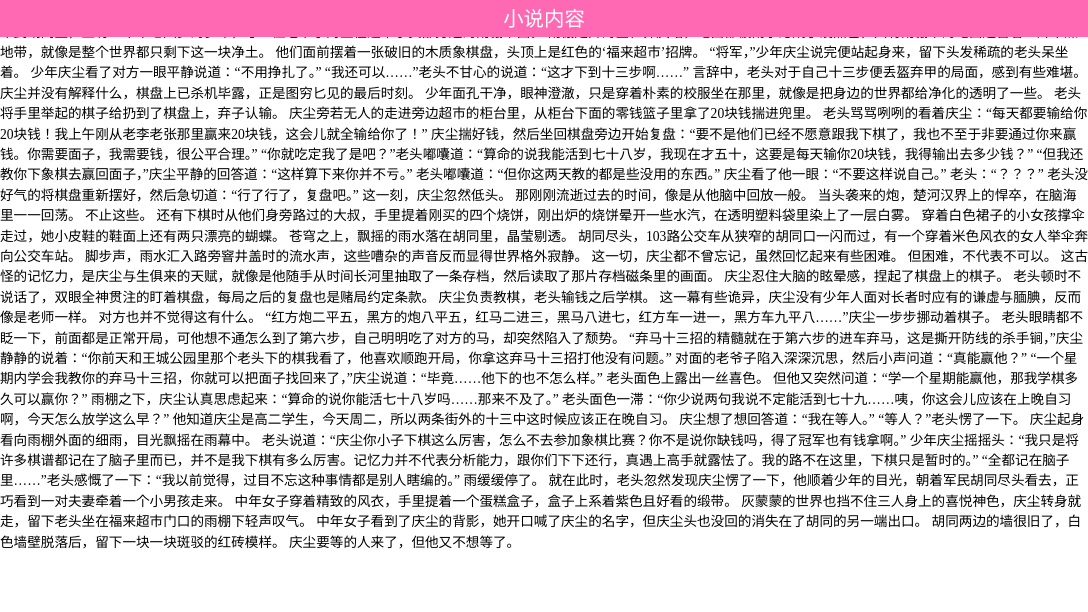
Repository: razzh7/javascript-demo
Page: 自动阅读插件/detail.html
The author's editor kept a copy of each file at every save. The page is drawn from the files as they stood at one save, then again after the next save.
The browser window is 1280 px wide. The pictures show the whole page, at 85% of full size.

Above is the page before, as saved 2021-06-29 19:46:00.

### 自动阅读插件/detail.html
<!DOCTYPE html>
<html lang="en">
<head>
  <meta charset="UTF-8">
  <meta http-equiv="X-UA-Compatible" content="IE=edge">
  <meta name="viewport" content="width=device-width, initial-scale=1.0">
  <title>小说内容</title>
  <link rel="stylesheet" href="./css/common.css">
</head>
<body>
  <div class="list-hd">
    <h2>小说内容</h2>
  </div>
  <div class="container">
    夜的第一章：奏鸣。

    ……

    2022年，秋。

    淅沥沥的小雨从灰色苍穹之上坠落，轻飘飘的淋在城市街道上。

    时值秋季，时不时还能看到没打伞的行人，用手挡在头顶匆匆而过。

    狭窄的军民胡同里，正有一个十七八岁的少年，与一位老爷子对坐在超市小卖部旁边的雨棚下面。

    雨棚之外的全世界灰暗，地面都被雨水沁成了浅黑色，只有雨棚下的地面还留着一片干燥地带，就像是整个世界都只剩下这一块净土。

    他们面前摆着一张破旧的木质象棋盘，头顶上是红色的‘福来超市’招牌。

    “将军，”少年庆尘说完便站起身来，留下头发稀疏的老头呆坐着。

    少年庆尘看了对方一眼平静说道：“不用挣扎了。”

    “我还可以……”老头不甘心的说道：“这才下到十三步啊……”

    言辞中，老头对于自己十三步便丢盔弃甲的局面，感到有些难堪。

    庆尘并没有解释什么，棋盘上已杀机毕露，正是图穷匕见的最后时刻。

    少年面孔干净，眼神澄澈，只是穿着朴素的校服坐在那里，就像是把身边的世界都给净化的透明了一些。

    老头将手里举起的棋子给扔到了棋盘上，弃子认输。

    庆尘旁若无人的走进旁边超市的柜台里，从柜台下面的零钱篮子里拿了20块钱揣进兜里。

    老头骂骂咧咧的看着庆尘：“每天都要输给你20块钱！我上午刚从老李老张那里赢来20块钱，这会儿就全输给你了！”

    庆尘揣好钱，然后坐回棋盘旁边开始复盘：“要不是他们已经不愿意跟我下棋了，我也不至于非要通过你来赢钱。你需要面子，我需要钱，很公平合理。”

    “你就吃定我了是吧？”老头嘟囔道：“算命的说我能活到七十八岁，我现在才五十，这要是每天输你20块钱，我得输出去多少钱？”

    “但我还教你下象棋去赢回面子，”庆尘平静的回答道：“这样算下来你并不亏。”

    老头嘟囔道：“但你这两天教的都是些没用的东西。”

    庆尘看了他一眼：“不要这样说自己。”

    老头：“？？？”

    老头没好气的将棋盘重新摆好，然后急切道：“行了行了，复盘吧。”

    这一刻，庆尘忽然低头。

    那刚刚流逝过去的时间，像是从他脑中回放一般。

    当头袭来的炮，楚河汉界上的悍卒，在脑海里一一回荡。

    不止这些。

    还有下棋时从他们身旁路过的大叔，手里提着刚买的四个烧饼，刚出炉的烧饼晕开一些水汽，在透明塑料袋里染上了一层白雾。

    穿着白色裙子的小女孩撑伞走过，她小皮鞋的鞋面上还有两只漂亮的蝴蝶。

    苍穹之上，飘摇的雨水落在胡同里，晶莹剔透。

    胡同尽头，103路公交车从狭窄的胡同口一闪而过，有一个穿着米色风衣的女人举伞奔向公交车站。

    脚步声，雨水汇入路旁窨井盖时的流水声，这些嘈杂的声音反而显得世界格外寂静。

    这一切，庆尘都不曾忘记，虽然回忆起来有些困难。

    但困难，不代表不可以。

    这古怪的记忆力，是庆尘与生俱来的天赋，就像是他随手从时间长河里抽取了一条存档，然后读取了那片存档磁条里的画面。

    庆尘忍住大脑的眩晕感，捏起了棋盘上的棋子。

    老头顿时不说话了，双眼全神贯注的盯着棋盘，每局之后的复盘也是赌局约定条款。

    庆尘负责教棋，老头输钱之后学棋。

    这一幕有些诡异，庆尘没有少年人面对长者时应有的谦虚与腼腆，反而像是老师一样。

    对方也并不觉得这有什么。

    “红方炮二平五，黑方的炮八平五，红马二进三，黑马八进七，红方车一进一，黑方车九平八……”庆尘一步步挪动着棋子。

    老头眼睛都不眨一下，前面都是正常开局，可他想不通怎么到了第六步，自己明明吃了对方的马，却突然陷入了颓势。

    “弃马十三招的精髓就在于第六步的进车弃马，这是撕开防线的杀手锏，”庆尘静静的说着：“你前天和王城公园里那个老头下的棋我看了，他喜欢顺跑开局，你拿这弃马十三招打他没有问题。”

    对面的老爷子陷入深深沉思，然后小声问道：“真能赢他？”

    “一个星期内学会我教你的弃马十三招，你就可以把面子找回来了，”庆尘说道：“毕竟……他下的也不怎么样。”

    老头面色上露出一丝喜色。

    但他又突然问道：“学一个星期能赢他，那我学棋多久可以赢你？”

    雨棚之下，庆尘认真思虑起来：“算命的说你能活七十八岁吗……那来不及了。”

    老头面色一滞：“你少说两句我说不定能活到七十九……咦，你这会儿应该在上晚自习啊，今天怎么放学这么早？”

    他知道庆尘是高二学生，今天周二，所以两条街外的十三中这时候应该正在晚自习。

    庆尘想了想回答道：“我在等人。”

    “等人？”老头愣了一下。

    庆尘起身看向雨棚外面的细雨，目光飘摇在雨幕中。

    老头说道：“庆尘你小子下棋这么厉害，怎么不去参加象棋比赛？你不是说你缺钱吗，得了冠军也有钱拿啊。”

    少年庆尘摇摇头：“我只是将许多棋谱都记在了脑子里而已，并不是我下棋有多么厉害。记忆力并不代表分析能力，跟你们下下还行，真遇上高手就露怯了。我的路不在这里，下棋只是暂时的。”

    “全都记在脑子里……”老头感慨了一下：“我以前觉得，过目不忘这种事情都是别人瞎编的。”

    雨缓缓停了。

    就在此时，老头忽然发现庆尘愣了一下，他顺着少年的目光，朝着军民胡同尽头看去，正巧看到一对夫妻牵着一个小男孩走来。

    中年女子穿着精致的风衣，手里提着一个蛋糕盒子，盒子上系着紫色且好看的缎带。

    灰蒙蒙的世界也挡不住三人身上的喜悦神色，庆尘转身就走，留下老头坐在福来超市门口的雨棚下轻声叹气。

    中年女子看到了庆尘的背影，她开口喊了庆尘的名字，但庆尘头也没回的消失在了胡同的另一端出口。

    胡同两边的墙很旧了，白色墙壁脱落后，留下一块一块斑驳的红砖模样。

    庆尘要等的人来了，但他又不想等了。
  </div>
</body>
</html>

### 自动阅读插件/css/common.css
body {
  margin: 0;
}
div {
  box-sizing: border-box;
}
h1,
h2,
h3,
h4,
h5,
h6,p {
  margin: 0;
  font-weight: normal;
}
ul {
  margin: 0;
  padding: 0;
}
img {
  height: 100%;
}
a {
  text-decoration: none;
}
.list-hd {
  position: fixed;
  top: 0;
  left: 0;
  width: 100%;
  height: 44px;
  line-height: 44px;
  text-align: center;
  background-color: hotpink;
  color: #fff;
  z-index: 1;
}

After the next save:
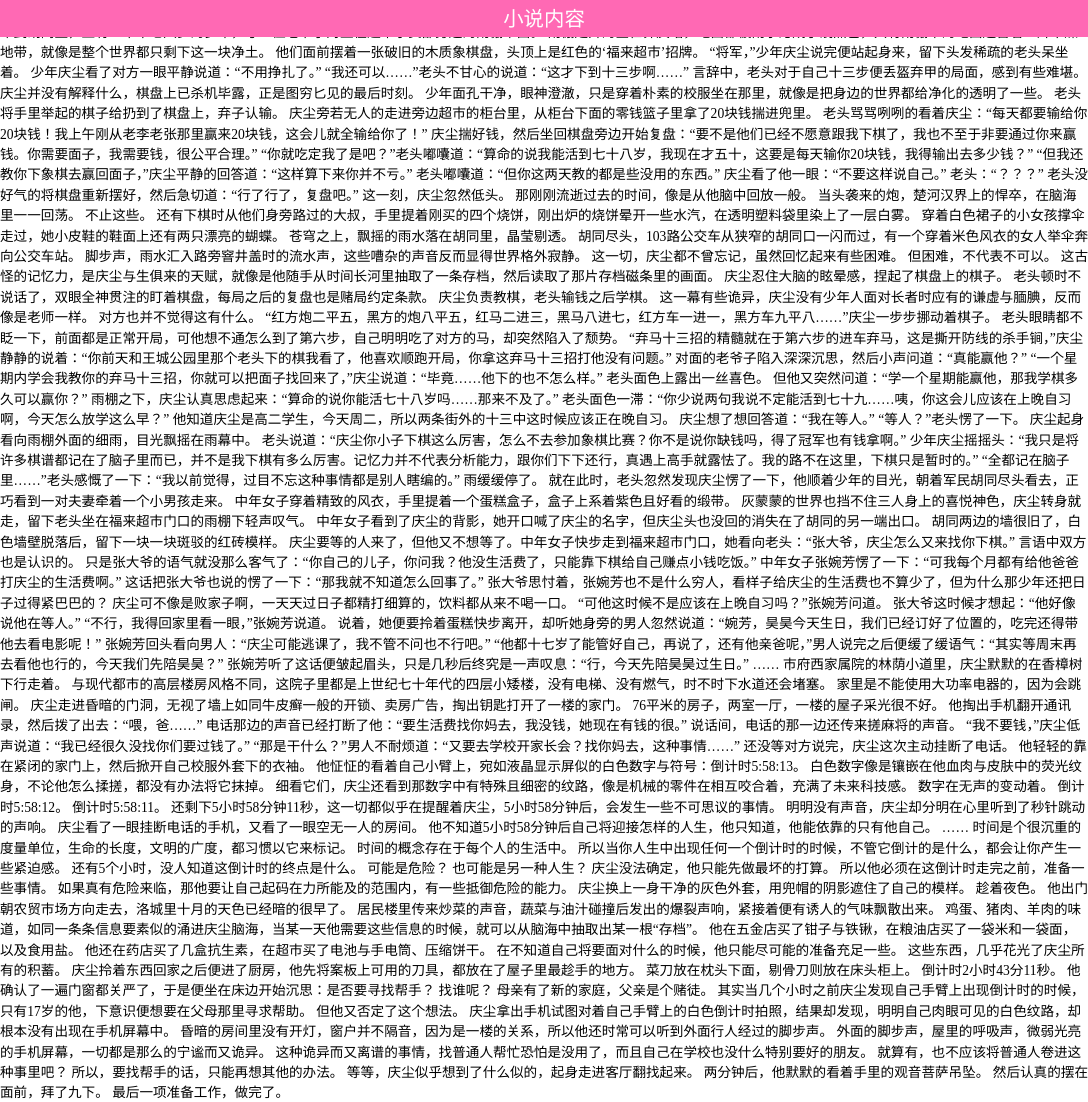
Saved 26 s later.
--- a/自动阅读插件/detail.html
+++ b/自动阅读插件/detail.html
@@ -138,7 +138,153 @@
 
     胡同两边的墙很旧了，白色墙壁脱落后，留下一块一块斑驳的红砖模样。
 
-    庆尘要等的人来了，但他又不想等了。
+    庆尘要等的人来了，但他又不想等了。中年女子快步走到福来超市门口，她看向老头：“张大爷，庆尘怎么又来找你下棋。”
+
+    言语中双方也是认识的。
+
+    只是张大爷的语气就没那么客气了：“你自己的儿子，你问我？他没生活费了，只能靠下棋给自己赚点小钱吃饭。”
+
+    中年女子张婉芳愣了一下：“可我每个月都有给他爸爸打庆尘的生活费啊。”
+
+    这话把张大爷也说的愣了一下：“那我就不知道怎么回事了。”
+
+    张大爷思忖着，张婉芳也不是什么穷人，看样子给庆尘的生活费也不算少了，但为什么那少年还把日子过得紧巴巴的？
+
+    庆尘可不像是败家子啊，一天天过日子都精打细算的，饮料都从来不喝一口。
+
+    “可他这时候不是应该在上晚自习吗？”张婉芳问道。
+
+    张大爷这时候才想起：“他好像说他在等人。”
+
+    “不行，我得回家里看一眼，”张婉芳说道。
+
+    说着，她便要拎着蛋糕快步离开，却听她身旁的男人忽然说道：“婉芳，昊昊今天生日，我们已经订好了位置的，吃完还得带他去看电影呢！”
+
+    张婉芳回头看向男人：“庆尘可能逃课了，我不管不问也不行吧。”
+
+    “他都十七岁了能管好自己，再说了，还有他亲爸呢，”男人说完之后便缓了缓语气：“其实等周末再去看他也行的，今天我们先陪昊昊？”
+
+    张婉芳听了这话便皱起眉头，只是几秒后终究是一声叹息：“行，今天先陪昊昊过生日。”
+
+    ……
+
+    市府西家属院的林荫小道里，庆尘默默的在香樟树下行走着。
+
+    与现代都市的高层楼房风格不同，这院子里都是上世纪七十年代的四层小矮楼，没有电梯、没有燃气，时不时下水道还会堵塞。
+
+    家里是不能使用大功率电器的，因为会跳闸。
+
+    庆尘走进昏暗的门洞，无视了墙上如同牛皮癣一般的开锁、卖房广告，掏出钥匙打开了一楼的家门。
+
+    76平米的房子，两室一厅，一楼的屋子采光很不好。
+
+    他掏出手机翻开通讯录，然后拨了出去：“喂，爸……”
+
+    电话那边的声音已经打断了他：“要生活费找你妈去，我没钱，她现在有钱的很。”
+
+    说话间，电话的那一边还传来搓麻将的声音。
+
+    “我不要钱，”庆尘低声说道：“我已经很久没找你们要过钱了。”
+
+    “那是干什么？”男人不耐烦道：“又要去学校开家长会？找你妈去，这种事情……”
+
+    还没等对方说完，庆尘这次主动挂断了电话。
+
+    他轻轻的靠在紧闭的家门上，然后掀开自己校服外套下的衣袖。
+
+    他怔怔的看着自己小臂上，宛如液晶显示屏似的白色数字与符号：倒计时5:58:13。
+
+    白色数字像是镶嵌在他血肉与皮肤中的荧光纹身，不论他怎么揉搓，都没有办法将它抹掉。
+
+    细看它们，庆尘还看到那数字中有特殊且细密的纹路，像是机械的零件在相互咬合着，充满了未来科技感。
+
+    数字在无声的变动着。
+
+    倒计时5:58:12。
+
+    倒计时5:58:11。
+
+    还剩下5小时58分钟11秒，这一切都似乎在提醒着庆尘，5小时58分钟后，会发生一些不可思议的事情。
+
+    明明没有声音，庆尘却分明在心里听到了秒针跳动的声响。
+
+    庆尘看了一眼挂断电话的手机，又看了一眼空无一人的房间。
+
+    他不知道5小时58分钟后自己将迎接怎样的人生，他只知道，他能依靠的只有他自己。
+
+    ……
+
+    时间是个很沉重的度量单位，生命的长度，文明的广度，都习惯以它来标记。
+
+    时间的概念存在于每个人的生活中。
+
+    所以当你人生中出现任何一个倒计时的时候，不管它倒计的是什么，都会让你产生一些紧迫感。
+
+    还有5个小时，没人知道这倒计时的终点是什么。
+
+    可能是危险？
+
+    也可能是另一种人生？
+
+    庆尘没法确定，他只能先做最坏的打算。
+
+    所以他必须在这倒计时走完之前，准备一些事情。
+
+    如果真有危险来临，那他要让自己起码在力所能及的范围内，有一些抵御危险的能力。
+
+    庆尘换上一身干净的灰色外套，用兜帽的阴影遮住了自己的模样。
+
+    趁着夜色。
+
+    他出门朝农贸市场方向走去，洛城里十月的天色已经暗的很早了。
+
+    居民楼里传来炒菜的声音，蔬菜与油汁碰撞后发出的爆裂声响，紧接着便有诱人的气味飘散出来。
+
+    鸡蛋、猪肉、羊肉的味道，如同一条条信息要素似的涌进庆尘脑海，当某一天他需要这些信息的时候，就可以从脑海中抽取出某一根“存档”。
+
+    他在五金店买了钳子与铁锹，在粮油店买了一袋米和一袋面，以及食用盐。
+
+    他还在药店买了几盒抗生素，在超市买了电池与手电筒、压缩饼干。
+
+    在不知道自己将要面对什么的时候，他只能尽可能的准备充足一些。
+
+    这些东西，几乎花光了庆尘所有的积蓄。
+
+    庆尘拎着东西回家之后便进了厨房，他先将案板上可用的刀具，都放在了屋子里最趁手的地方。
+
+    菜刀放在枕头下面，剔骨刀则放在床头柜上。
+
+    倒计时2小时43分11秒。
+
+    他确认了一遍门窗都关严了，于是便坐在床边开始沉思：是否要寻找帮手？
+
+    找谁呢？
+
+    母亲有了新的家庭，父亲是个赌徒。
+
+    其实当几个小时之前庆尘发现自己手臂上出现倒计时的时候，只有17岁的他，下意识便想要在父母那里寻求帮助。
+
+    但他又否定了这个想法。
+
+    庆尘拿出手机试图对着自己手臂上的白色倒计时拍照，结果却发现，明明自己肉眼可见的白色纹路，却根本没有出现在手机屏幕中。
+
+    昏暗的房间里没有开灯，窗户并不隔音，因为是一楼的关系，所以他还时常可以听到外面行人经过的脚步声。
+
+    外面的脚步声，屋里的呼吸声，微弱光亮的手机屏幕，一切都是那么的宁谧而又诡异。
+
+    这种诡异而又离谱的事情，找普通人帮忙恐怕是没用了，而且自己在学校也没什么特别要好的朋友。
+
+    就算有，也不应该将普通人卷进这种事里吧？
+
+    所以，要找帮手的话，只能再想其他的办法。
+
+    等等，庆尘似乎想到了什么似的，起身走进客厅翻找起来。
+
+    两分钟后，他默默的看着手里的观音菩萨吊坠。
+
+    然后认真的摆在面前，拜了九下。
+
+    最后一项准备工作，做完了。
   </div>
 </body>
 </html>
